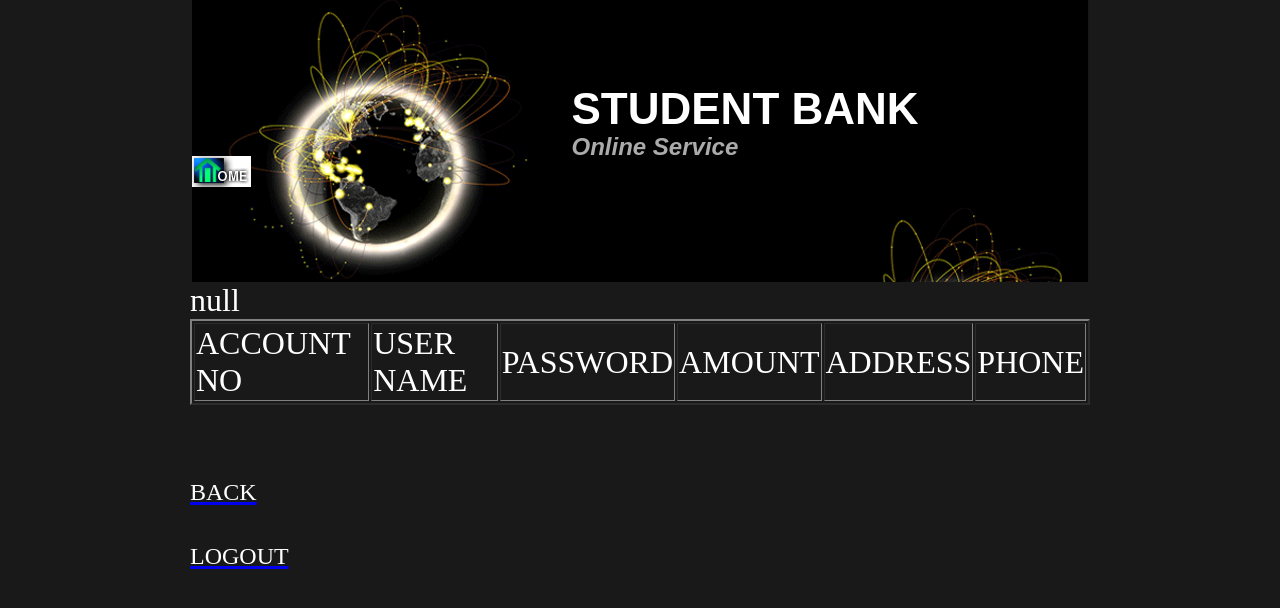
Repository: subhamsourabh265/collegeProjects
Page: http://localhost/OnlineBankingSystems/myupdate.jsp
An editor plug-in stored every save of this project. The page is shown before and after the next save, followed by the edit.
The browser window is 1280 px wide. The pictures show the whole page.
The page is served by Tomcat 9. Queries for data that is not in the repository find no rows.

Above is the page before, as saved 2015-12-01 19:46:52.

After the next save:
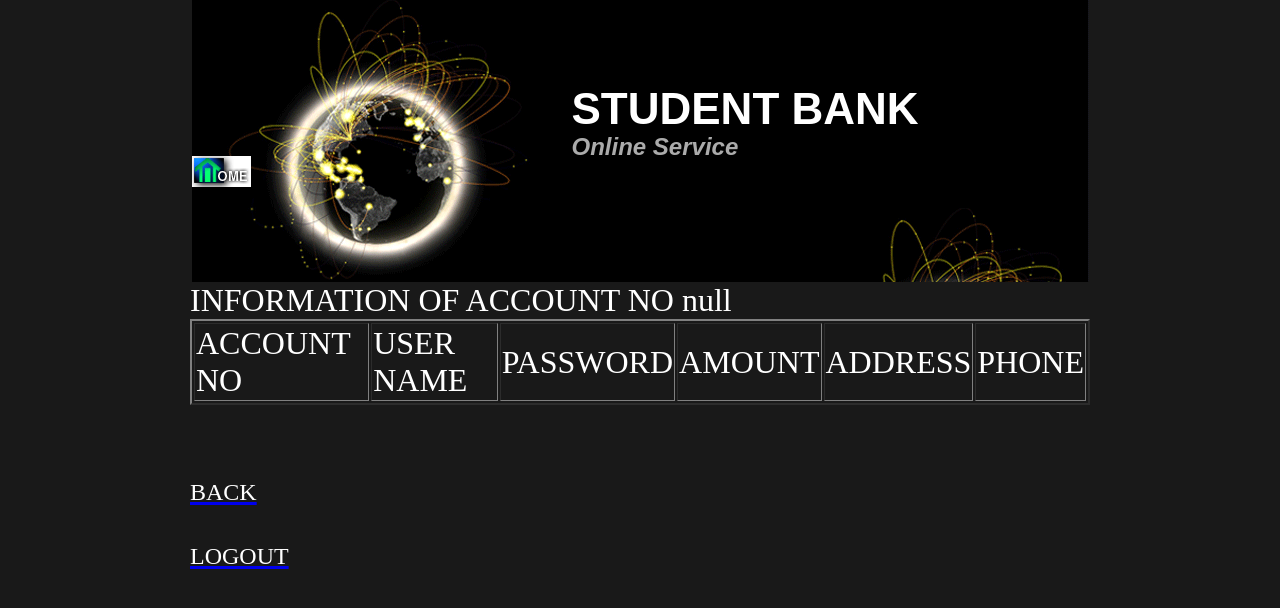
Saved 8 h 33 min later.
--- a/OnlineBankingSystems/WebContent/myupdate.jsp
+++ b/OnlineBankingSystems/WebContent/myupdate.jsp
@@ -35,7 +35,7 @@
 try{
 pst=conn.createStatement();
 String a=request.getParameter("n1");
-out.println(a);
+out.println("INFORMATION OF  ACCOUNT NO "+a);
 ResultSet rs=pst.executeQuery("Select * from account where accountno="+a );
 while(rs.next())
 {
